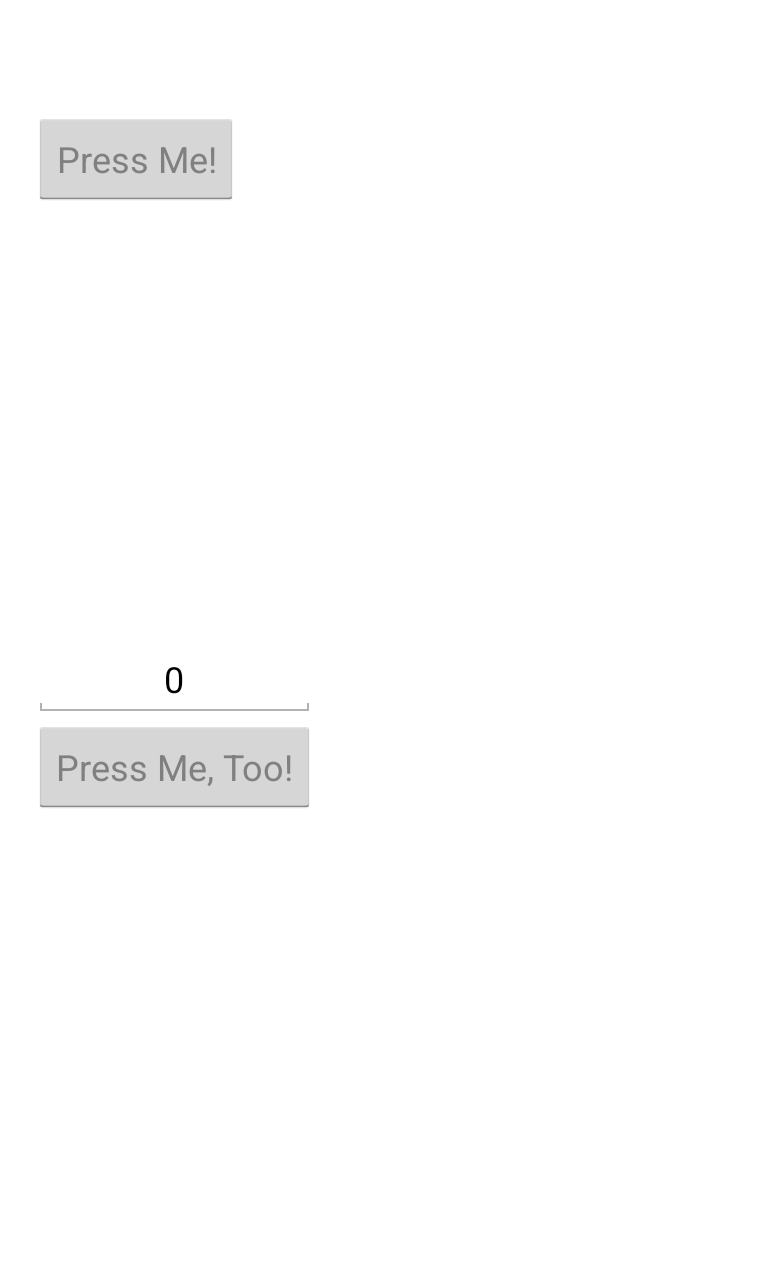
Repository: radupoenaru1992/Model
Layout: PracticalTest01/res/layout/activity_practical_test01_main.xml
An editor plug-in stored every save of this project. The layout is shown before and after the next save, followed by the edit.
It is drawn on a 768 x 1280 px phone screen (xhdpi) without system bars, with theme AppTheme; the app's code is not run.

Above is the layout before, as saved 2015-03-29 17:16:53.

After the next save:
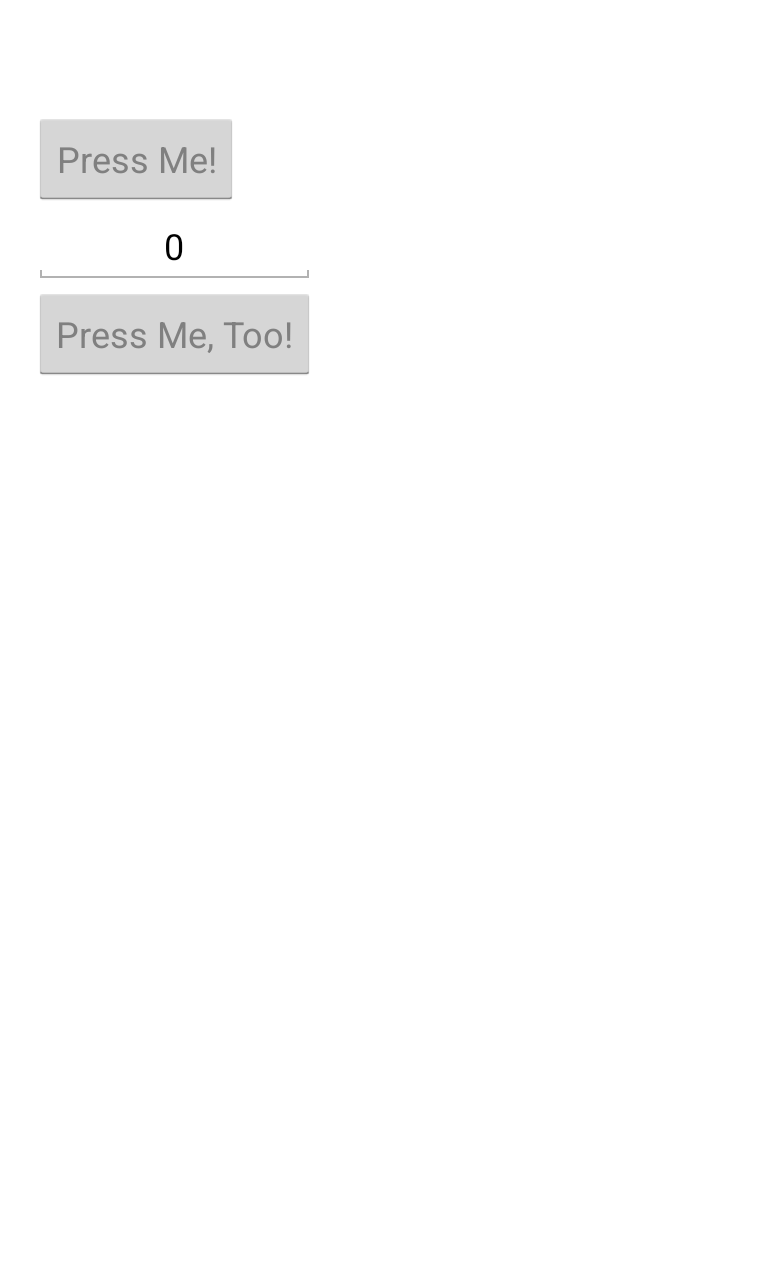
Saved 9 s later.
--- a/PracticalTest01/res/layout/activity_practical_test01_main.xml
+++ b/PracticalTest01/res/layout/activity_practical_test01_main.xml
@@ -12,7 +12,6 @@
     <LinearLayout
         android:layout_width="wrap_content"
     	android:layout_height="wrap_content"
-    	android:layout_weight="1"
     	android:id="@+id/llaySt"
     	android:orientation="vertical"
 
